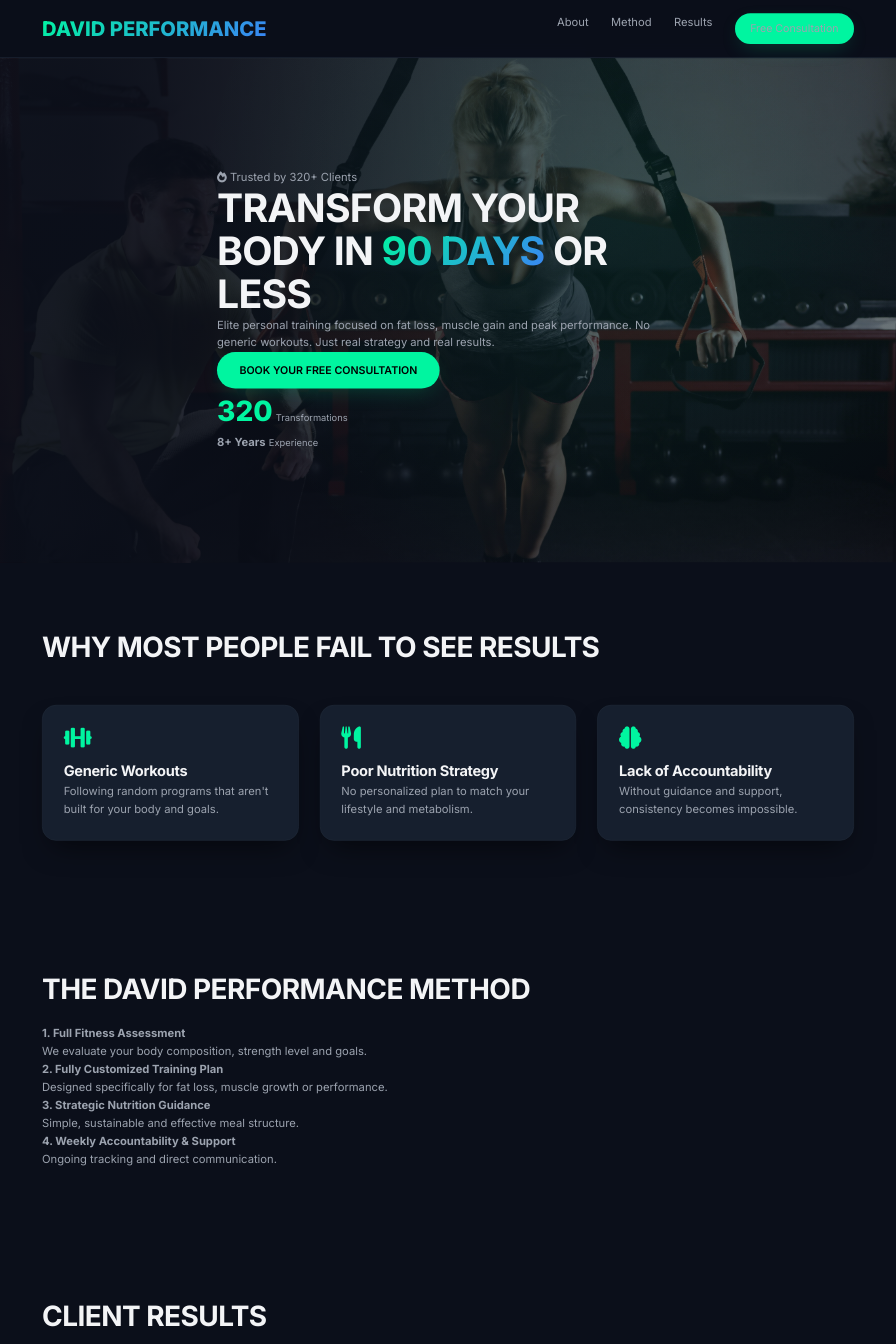
Repository: davidfsillva/Landing-page-pro
Page: index.html
An editor plug-in stored every save of this project. The page is shown before and after the next save, followed by the edit.
The browser window is 1280 px wide. The pictures show the part of the page from y = 0 to 1920 px (the page is 3509 px tall), at 70% of full size.

Above is the page before, as saved 2026-02-24 20:55:30.

After the next save:
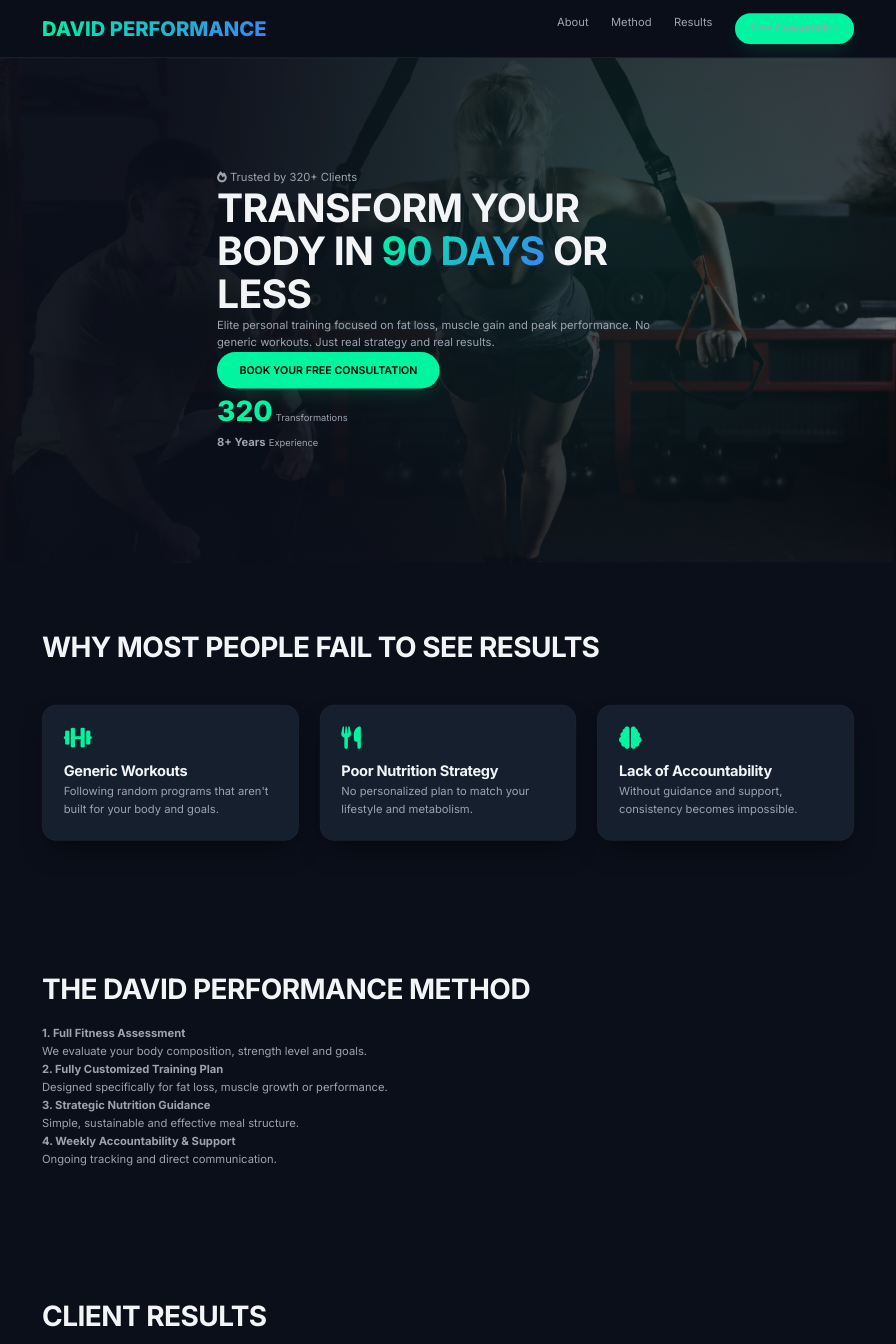
Saved 8 s later.
--- a/style.css
+++ b/style.css
@@ -216,9 +216,9 @@ header {
     inset: 0;
     background: linear-gradient(
         90deg,
-        rgba(11,15,26,0.95) 10%,
-        rgba(11,15,26,0.85) 30%,
-        rgba(11,15,26,0.6) 80%
+        rgba(11,15,26,0.95) 20%,
+        rgba(11,15,26,0.85) 50%,
+        rgba(11,15,26,0.6) 100%
     );
 }
 
